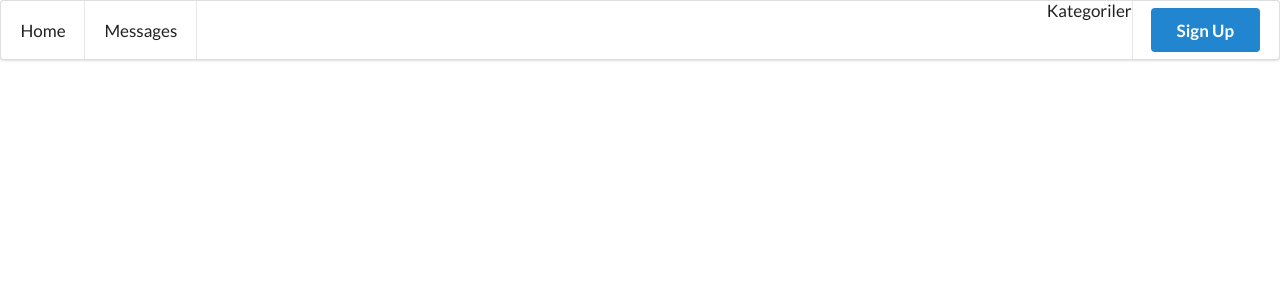
Repository: rizacantire/libraryReact
Page: /
An editor plug-in stored every save of this project. The page is shown before and after the next save, followed by the edit.
The browser window is 1280 px wide. The pictures show the whole page.
The project was rebuilt for these pictures with package versions that can differ from the ones it lists, and the page was loaded fresh each time.

Above is the page before, as saved 2021-08-09 00:56:26.

After the next save:
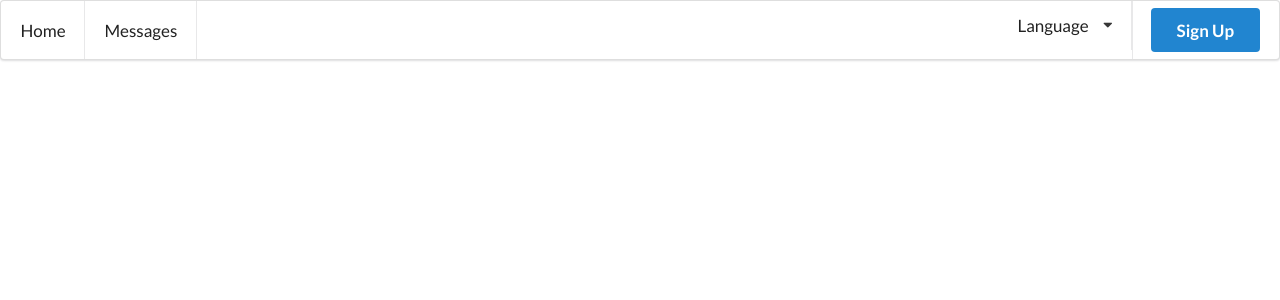
Saved 23 s later.
--- a/src/layouts/Categories.jsx
+++ b/src/layouts/Categories.jsx
@@ -1,9 +1,15 @@
 import React from 'react'
-
+import { Dropdown } from 'semantic-ui-react'
 export default function Categories() {
     return (
         <div>
-            Kategoriler
+            <Dropdown item text="Language">
+            <Dropdown.Menu>
+              <Dropdown.Item>English</Dropdown.Item>
+              <Dropdown.Item>Russian</Dropdown.Item>
+              <Dropdown.Item>Spanish</Dropdown.Item>
+            </Dropdown.Menu>
+          </Dropdown>
         </div>
     )
 }
